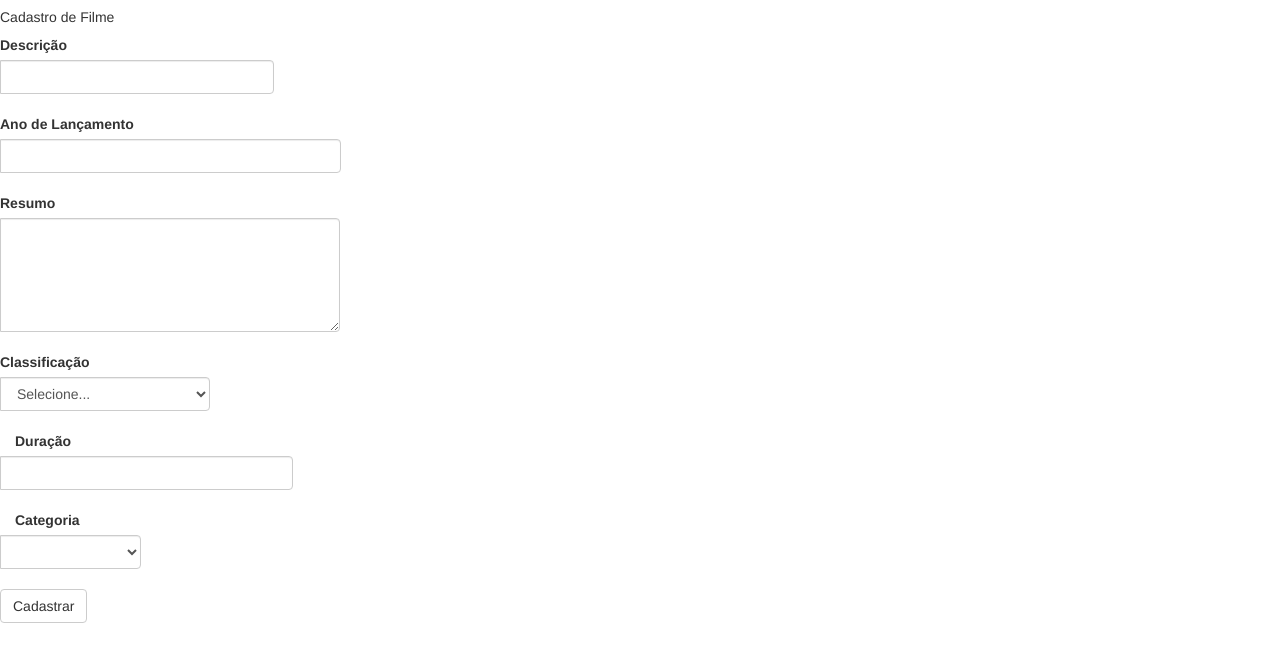
Repository: cadupedrassani/CursoDeJava
Page: Avaliação/BaseAPI/WebApp/src/main/webapp/filme/cadastro.html
These files come from the project's save history. The page is drawn as it stood at one moment and after the next save; the edit follows.
The browser window is 1280 px wide. The pictures show the whole page.

Above is the page before, as saved 2016-12-06 16:49:48.

### Avaliação/BaseAPI/WebApp/src/main/webapp/filme/cadastro.html
<!DOCTYPE html>
<html>
<head>
<meta charset="ISO-8859-1">
<title>Insert title here</title>
<link rel="stylesheet" href="/WebApp/resources/css/bootstrap.min.css">
</head>
<body>
<div>
	<h5>Cadastro de Filme</h5>
</div>
<div class="input-group">
	<label>Descrição</label>
	<input id="descricao-filme"
	       type="text"
	       class="form-control"></input>
</div>
</br>

<div class="input-group">
	<label>Ano de Lançamento</label>
	<input id="ano-filme"
	       type="text"
	       class="form-control"></input>
</div>
</br>

<div class="input-group">
	<label>Resumo</label>
	<textarea rows="5"
			  cols="30"
			  id="resumo-filme"
	       	  class="form-control"></textarea>
</div>
</br>

<div class="input-group">
	<label>Classificação</label>
		<select id="classificacao-filme" class="form-control">
    		<option value="" disabled="disabled" selected="selected">Selecione...</option>
    		<option value="1">1</option>
    		<option value="2">2</option>
    		<option value="3">3</option>
    		<option value="4">4</option>
    		<option value="5">5</option>
		</select>
</div>
</br>

<div class="input-group">
	<label class="control-label col-sm-1">Duração</label>
	<input id="duracao-filme"
	       type="text"
	       class="form-control"></input>
</div>
</br>

<div class="input-group">
	<label class="control-label col-sm-1">Categoria</label>
	<select id="categoria-filme" class="form-control"></select>
</div>
</br>

<div class="input-group">
	<button id="cadastrar"
	        type="button"
	        class="btn btn-default gold"
	        onclick="cadastrarFilme();">Cadastrar</button>
</div>

<div id="modal-mensagens" class="modal fade" tabindex="-1" role="dialog">
	<div class="modal-dialog" role="document">
		<div class="modal-content">
			<div class="modal-header">
				<h5 id="modal-title" class="modal-title"></h5>
			</div>
			<div class="modal-body">
				<label id="modal-mensagem"></label>
			</div>
			<div class="modal-footer">
				<button type="button"
						class="btn btn-default gold"
						data-dismiss="modal">OK</button>
			</div>
		</div>
	</div>
</div>

<script src="/WebApp/resources/js/jquery.min.js"></script>
<script src="/WebApp/resources/js/bootstrap.min.js"></script>
<script src="/WebApp/resources/js/default.js"></script>
<script src="/WebApp/resources/js/filme.js"></script>

</body>
</html>

### Avaliação/BaseAPI/WebApp/src/main/webapp/resources/js/default.js

function abrirTelaCadastroCategoria(){
	var url = "/WebApp/categoria/cadastro.html";
	$.get(url, '', function(data){
		$('#conteudo-principal').html(data);
	})
}

function abrirTelaPesquisaCategoria(){
	var url = "/WebApp/categoria/pesquisa.html";
	$.get(url, '', function(data){
		$('#conteudo-principal').html(data)
	})
}


function abrirTelaCadastroEndereco(){
	var url = "/WebApp/endereco/cadastro.html";
	$.get(url, '', function(data){
		$('#conteudo-principal').html(data);
	})
}

function abrirTelaCadastroFilme(){
	var url = "/WebApp/filme/cadastro.html";
	$.get(url, '', function(data){
		$('#conteudo-principal').html(data);
	})
}

### Avaliação/BaseAPI/WebApp/src/main/webapp/resources/js/filme.js
function cadastrarFilme(){

	var ano = $("#ano-filme").val();
	var classificacao = $("#classificacao-filme").val();
	var descricao = $("#descricao-filme").val();
	var duracao = $("#duracao-filme").val;
	var resumo = $("#resumo-filme").val();

	var filmeDTO = new Object();
	var operacao = "/ControleAPI/filme/criarFilme"

	filmeDTO.ano = ano;
	filmeDTO.classificacao = classificacao;
	filmeDTO.descricao = descricao;
	filmeDTO.duracao = duracao;
	filmeDTO.resumo = resumo;

	$.ajax({
		method: "POST",
		url: operacao,
		data: JSON.stringify(filmeDTO),
		contentType: "application/json"
	}).done(function (data){
		var mensagem = "";
		var titulo = "";
		if(data.mensagem != undefined && data.mensagem != null && data.mensagem != ''){
			titulo = "Atenção";
			mensagem = data.mensagem;
		}else{
			titulo = 'Sucesso';
			mensagem = "Filme cadastrado com sucesso.";
		}
		mostrarModal(titulo, mensagem)
	});
}

Loaded but not shown: Avaliação/BaseAPI/WebApp/src/main/webapp/resources/css/bootstrap.min.css (library); Avaliação/BaseAPI/WebApp/src/main/webapp/resources/js/jquery.min.js (library); Avaliação/BaseAPI/WebApp/src/main/webapp/resources/js/bootstrap.min.js (library)

After the next save:
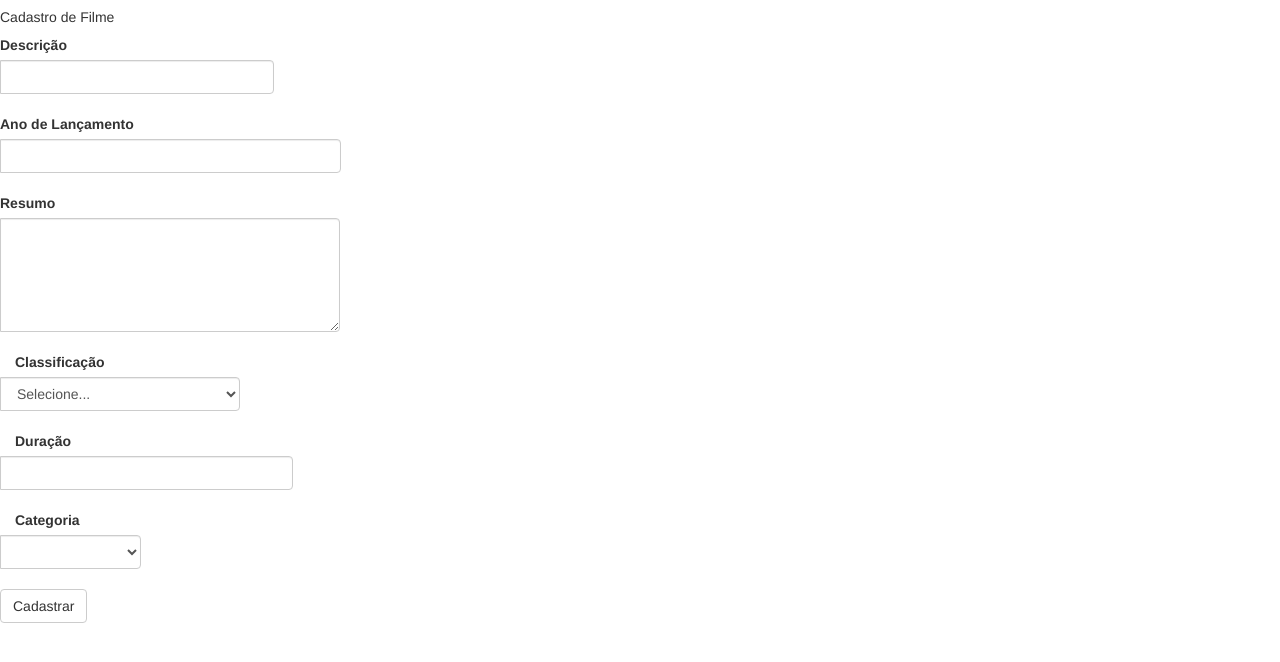
Saved 6 s later.
--- a/Avaliação/BaseAPI/WebApp/src/main/webapp/filme/cadastro.html
+++ b/Avaliação/BaseAPI/WebApp/src/main/webapp/filme/cadastro.html
@@ -35,7 +35,7 @@
 </br>
 
 <div class="input-group">
-	<label>Classificação</label>
+	<label class="control-label col-sm-1">Classificação</label>
 		<select id="classificacao-filme" class="form-control">
     		<option value="" disabled="disabled" selected="selected">Selecione...</option>
     		<option value="1">1</option>
